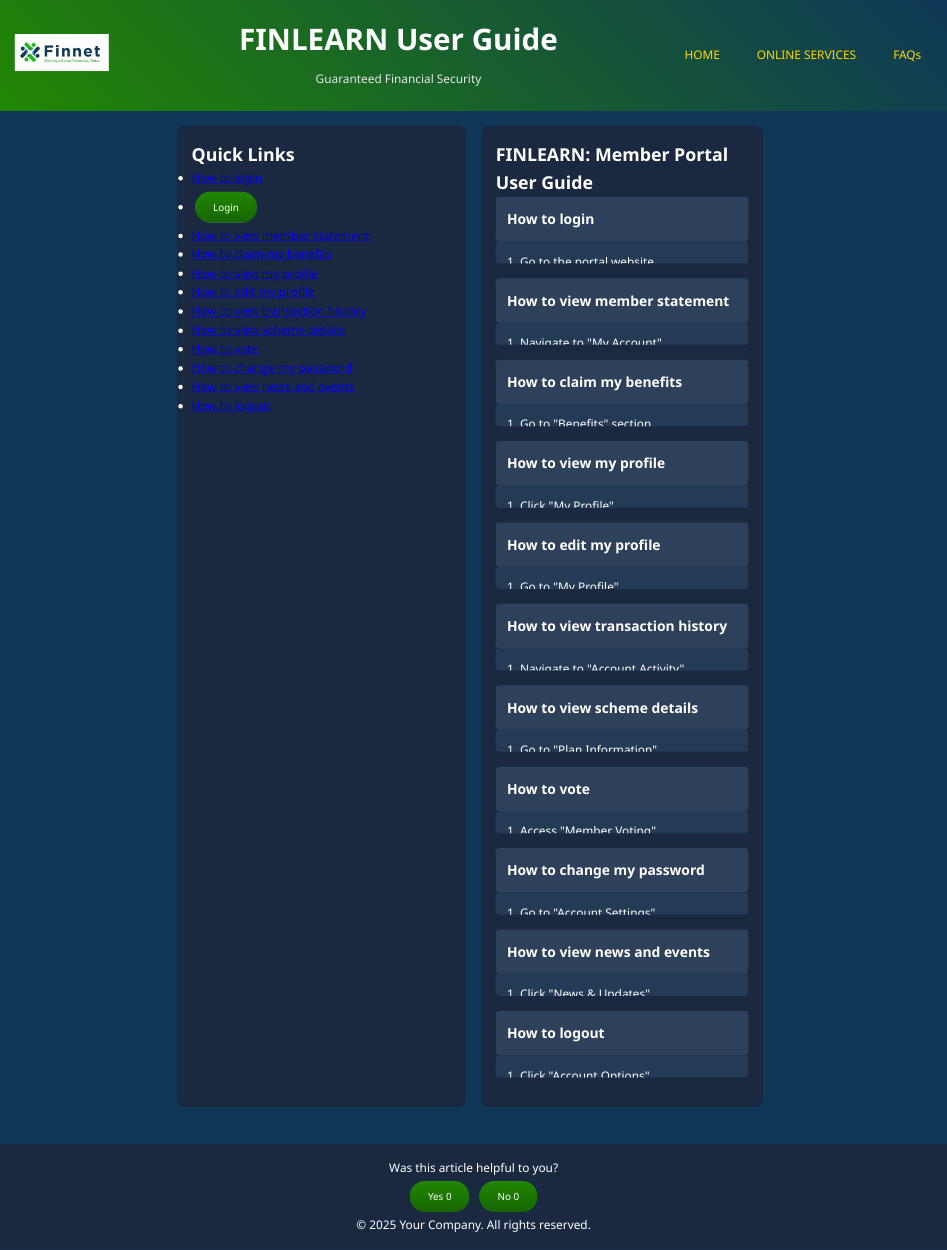
Repository: Ray700/Finnet
Page: index.html
The author's editor kept a copy of each file at every save. The page is drawn from the files as they stood at one save, then again after a run of saves.
The browser window is 1280 px wide. The pictures show the whole page, at 74% of full size.

Above is the page before, as saved 2025-03-06 10:36:55.

After the next 2 saves:
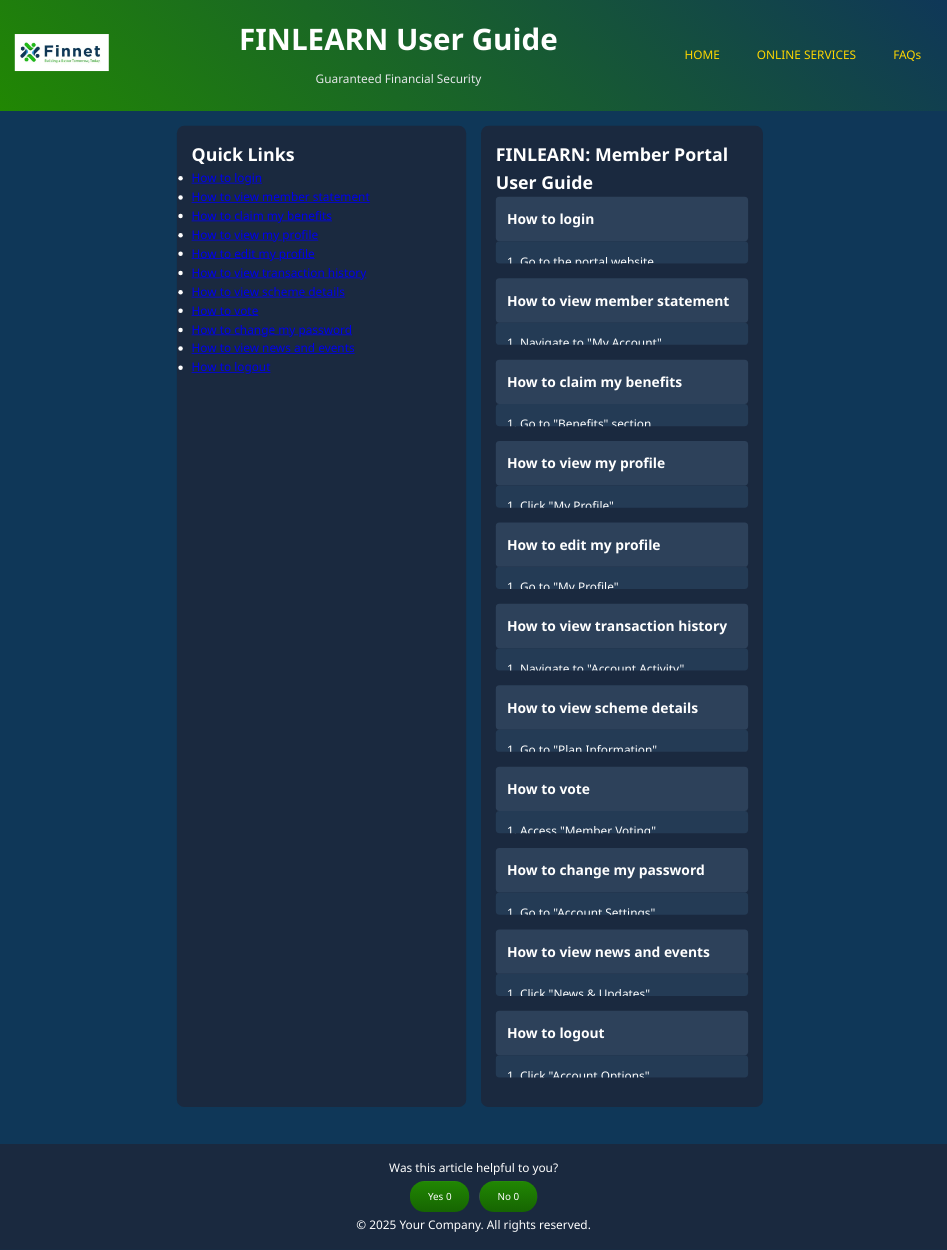
The 2 saves are shown as one change because they came seconds apart.
The last was saved 2 min 23 s later.
--- a/index.html
+++ b/index.html
@@ -202,7 +202,6 @@
             <h2>Quick Links</h2>
             <ul>
                 <li><a href="login.html" onclick="event.stopPropagation();">How to login</a></li>
-                <li><button onclick="window.location.href='login.html';">Login</button></li>
 
 
 
